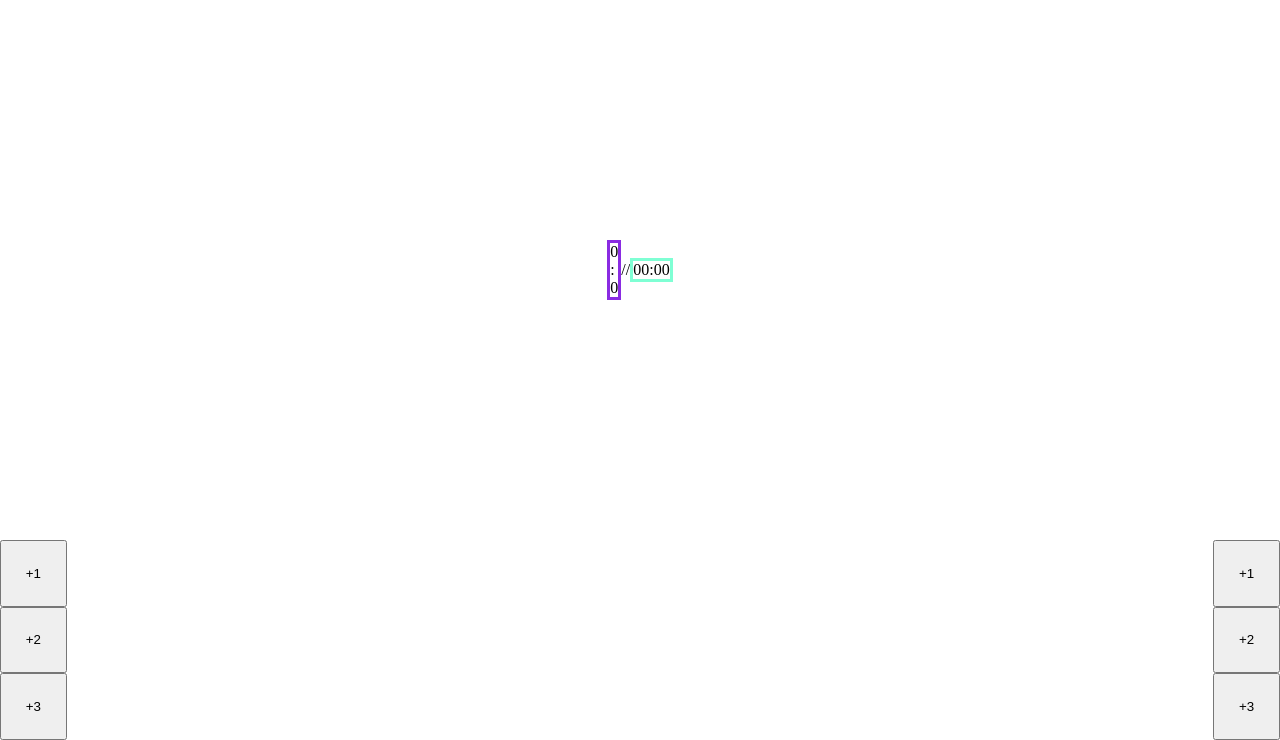
Repository: bollo89/scoreBoard
Page: index.html
These files come from the project's save history. The page is drawn as it stood at one moment and after the next save; the edit follows.
The browser window is 1280 px wide. The pictures show the whole page.

Above is the page before, as saved 2022-01-25 11:14:33.

### index.html
<!DOCTYPE html>
<html lang="en">
<head>
    <meta charset="UTF-8">
    <meta http-equiv="X-UA-Compatible" content="IE=edge">
    <meta name="viewport" content="width=device-width, initial-scale=1.0">
    <link rel="stylesheet" href="./style.css">
    <title>Document</title>
</head>
<body>
    <section class="tablica">
        <div class="wynik">
            <div class="home"></div>
            <div class="colon">:</div>
            <div class="away"></div>
        </div>
        //<div class="timer">00:00</div>
    </section>
    <section class="menu">
        <section class="btnsH">
            <div><button class="btn1h">+1</button></div>
            <div><button class="btn2h">+2</button></div>
            <div><button class="btn3h">+3</button></div>
        </section>
        <section class="btnsA">
            <div></div><button class="btn1a">+1</button></div>
            <div></div><button class="btn2a">+2</button></div>
            <div></div><button class="btn3a">+3</button></div>
        </section>
</section>
<script src="./script.js"></script>
</body>
</html>

### style.css
* {
    margin: 0;
    padding: 0;
}
.tablica {
    height: 75vh;
    display: flex;
    align-items: center;
    justify-content: center;
}

.wynik {
    border: 3px solid blueviolet;
}
.timer {
    border: 3px solid aquamarine;
}

.menu {
    height: 25vh;
    width: 100%;
    display: flex;
    justify-content: space-between;
    font-size: 0;
}
.btnsH {

}
.btnsA {

}
.btnsH div {
    width: 3em;
}
.btnsA div {
    width: 3em;
}
.btn1h , .btn2h , .btn3h , .btn1a , .btn2a , .btn3a{
    height: 5em;
    width: 5em;
}

### script.js
let home = document.querySelector('.home');
let n = 0;
home.innerHTML = n;

let away = document.querySelector('.away');
let m = 0;
away.innerHTML = m;

let btn1h = document.querySelector('.btn1h');
let btn2h = document.querySelector('.btn2h');
let btn3h = document.querySelector('.btn3h');
let btn1a = document.querySelector('.btn1a');
let btn2a = document.querySelector('.btn2a');
let btn3a = document.querySelector('.btn3a');
//punkty po lewej
function score1home() {
    n+=1;
    home.innerHTML = n;
    console.log(n);
}
function score2home() {
    n+=2;
    home.innerHTML = n;
    console.log(n);
}
function score3home() {
    n+=3;
    home.innerHTML = n;
    console.log(n);
}
//punkty po prawej
function score1away() {
    m+=1;
    away.innerHTML = m;
    console.log(m);
}
function score2away() {
    m+=2;
    away.innerHTML = m;
    console.log(m);
}
function score3away() {
    m+=3;
    away.innerHTML = m;
    console.log(m);
}

//przyciskibtn1.addEventListener('click',score1home,false);
btn1h.addEventListener('click',score1home,false);
btn2h.addEventListener('click',score2home,false);
btn3h.addEventListener('click',score3home,false);
btn1a.addEventListener('click',score1away,false);
btn2a.addEventListener('click',score2away,false);
btn3a.addEventListener('click',score3away,false);

After the next save:
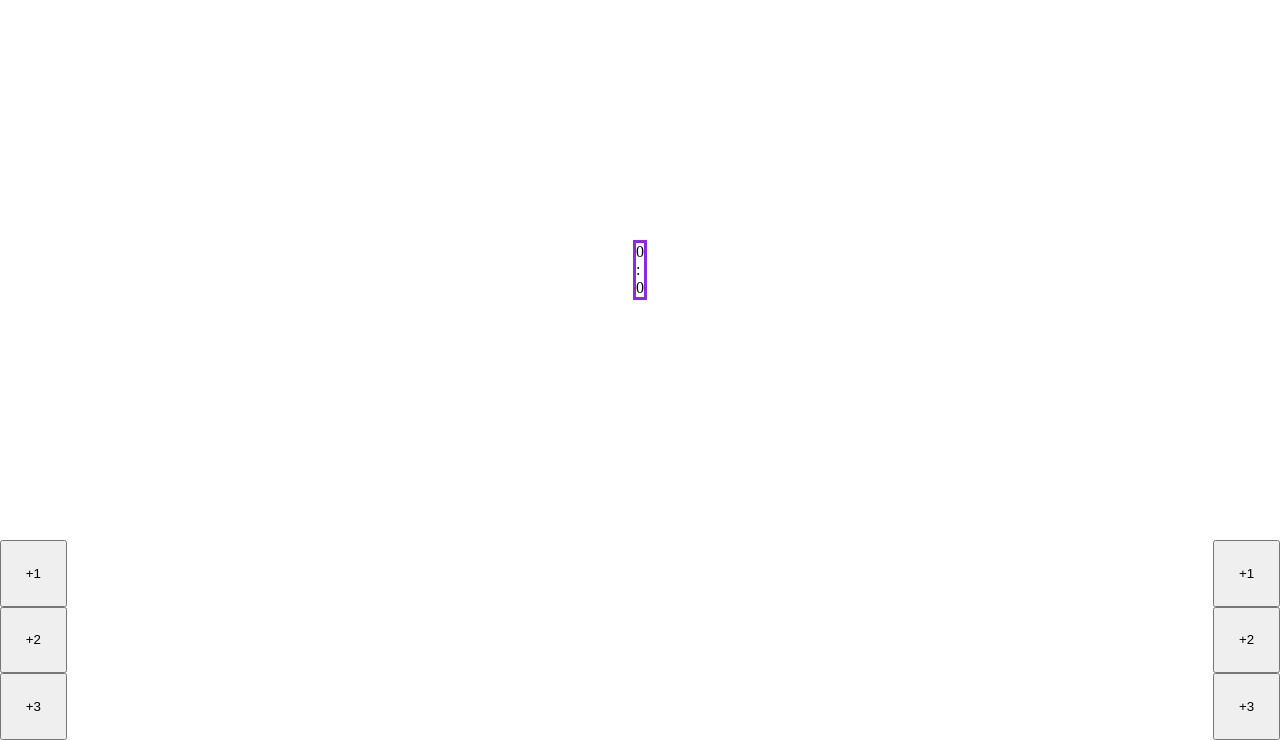
Saved 23 s later.
--- a/index.html
+++ b/index.html
@@ -14,7 +14,7 @@
             <div class="colon">:</div>
             <div class="away"></div>
         </div>
-        //<div class="timer">00:00</div>
+        <!-- <div class="timer">00:00</div> -->
     </section>
     <section class="menu">
         <section class="btnsH">
